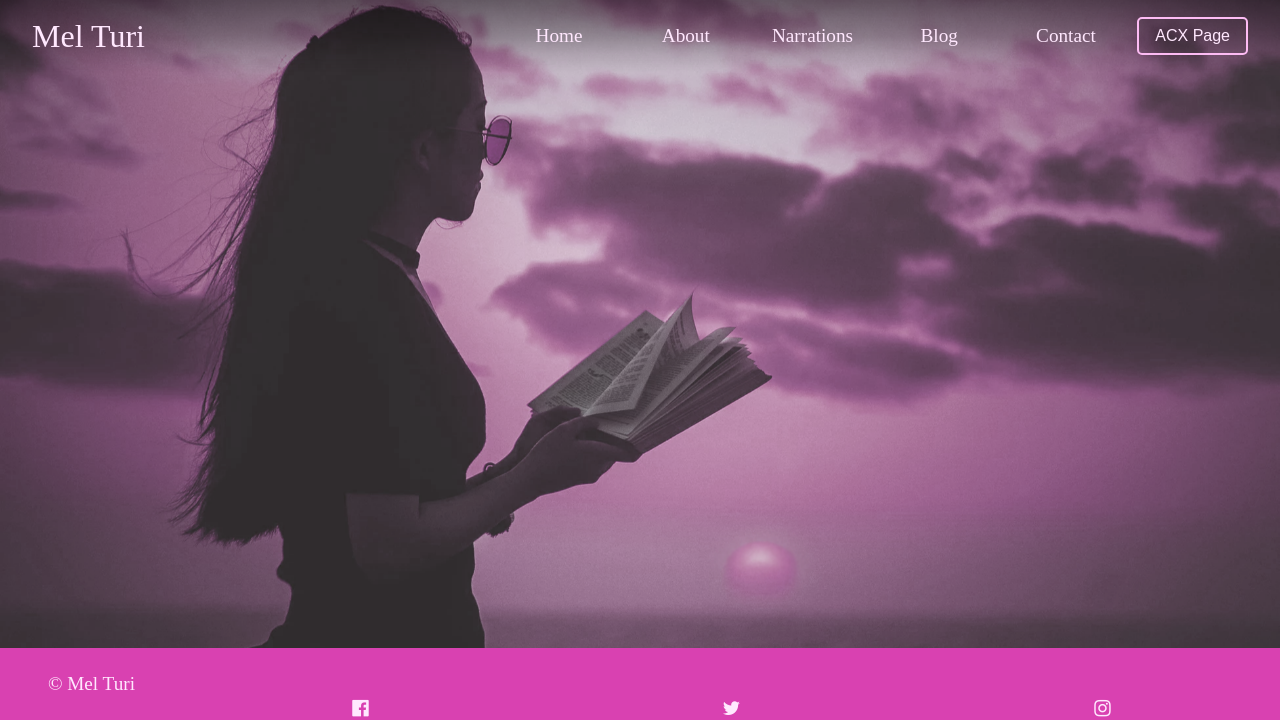
Repository: mel-turi/mel-turi-website
Page: /
An editor plug-in stored every save of this project. The page is shown before and after the next save, followed by the edit.
The browser window is 1280 px wide. The pictures show the whole page.
Some web fonts or font styles are not loaded; a fallback is used. The project was rebuilt for these pictures with package versions that can differ from the ones it lists, and the page was loaded fresh each time.

Above is the page before, as saved 2019-08-23 20:51:17.

After the next save:
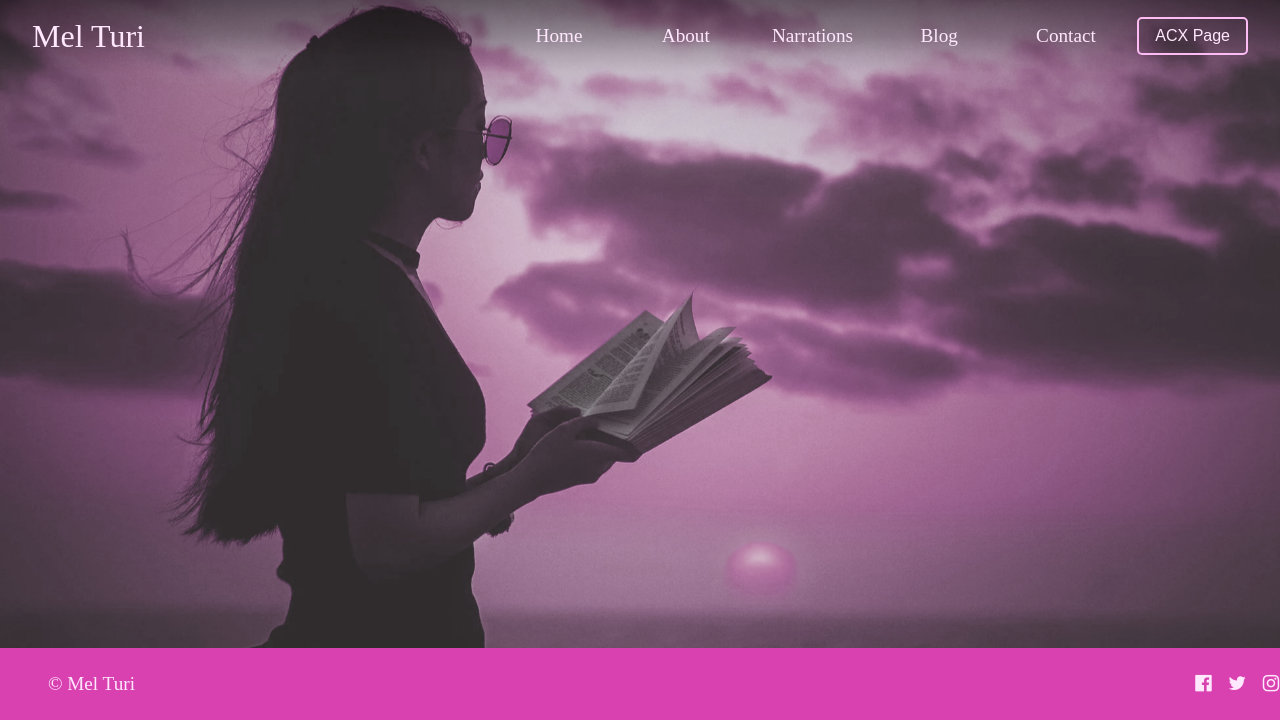
Saved 12 s later.
--- a/src/index.css
+++ b/src/index.css
@@ -104,7 +104,8 @@
   background: var(--dark-primary-color);
 }
 .social-footer {
-  align-self: end;
+  align-self: center;
+  justify-self: end;
 }
 .social-footer > ul {
   display: grid;
